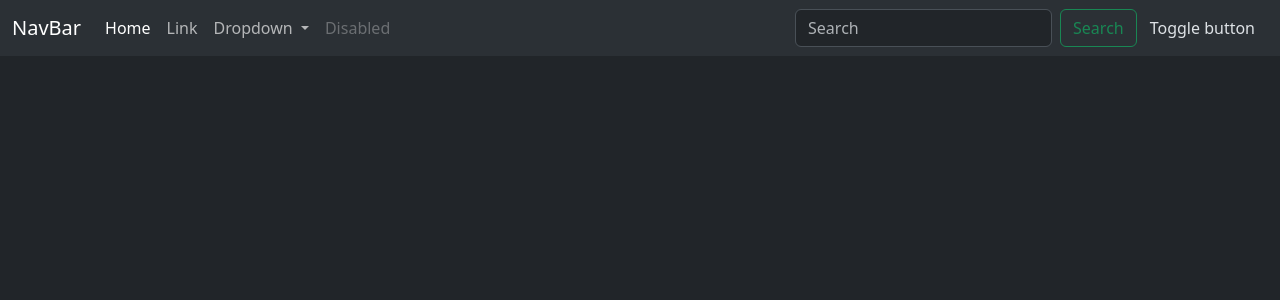
Repository: VictoriousMango/Archive
Page: index.html
The author's editor kept a copy of each file at every save. The page is drawn from the files as they stood at one save, then again after the next save.
The browser window is 1280 px wide. The pictures show the whole page.

Above is the page before, as saved 2024-06-05 22:56:29.

### index.html
<!doctype html>
<html lang="en">
    <head>
        <meta charset="utf-8">
        <meta name="viewport" content="width=device-width, initial-scale=1">
        <title>Bootstrap demo</title>
        <link href="https://cdn.jsdelivr.net/npm/bootstrap@5.3.3/dist/css/bootstrap.min.css" rel="stylesheet" integrity="sha384-QWTKZyjpPEjISv5WaRU9OFeRpok6YctnYmDr5pNlyT2bRjXh0JMhjY6hW+ALEwIH" crossorigin="anonymous">    </head>
    <body data-bs-theme="dark">
        <!-- NavBar -->
        <nav class="navbar navbar-expand-lg bg-body-tertiary ">
            <div class="container-fluid">
                <a href="#" class="navbar-brand" role="button" data-bs-toggle="button">NavBar</a>
              <button class="navbar-toggler" type="button" data-bs-toggle="collapse" data-bs-target="#navbarSupportedContent" aria-controls="navbarSupportedContent" aria-expanded="false" aria-label="Toggle navigation">
                <span class="navbar-toggler-icon"></span>
              </button>
                <div class="collapse navbar-collapse" id="navbarSupportedContent">
                    <ul class="navbar-nav me-auto mb-2 mb-lg-0">
                    <li class="nav-item">
                        <a class="nav-link active" aria-current="page" href="#">Home</a>
                    </li>
                    <li class="nav-item">
                        <a class="nav-link" href="#">Link</a>
                    </li>
                    <li class="nav-item dropdown">
                        <a class="nav-link dropdown-toggle" href="#" role="button" data-bs-toggle="dropdown" aria-expanded="false">
                        Dropdown
                        </a>
                        <ul class="dropdown-menu">
                        <li><a class="dropdown-item" href="#">Action</a></li>
                        <li><a class="dropdown-item" href="#">Another action</a></li>
                        <li><hr class="dropdown-divider"></li>
                        <li><a class="dropdown-item" href="#">Something else here</a></li>
                        </ul>
                    </li>
                    <li class="nav-item">
                        <a class="nav-link disabled" aria-disabled="true">Disabled</a>
                    </li>
                    </ul>
                    <form class="d-flex" role="search">
                        <input class="form-control me-2" type="search" placeholder="Search" aria-label="Search">
                        <button class="btn btn-outline-success" type="submit">Search</button>
                    </form>
                    <button type="button" class="btn" data-bs-toggle="button">Toggle button</button>
                </div>
            </div>
        </nav>
        <!-- NavBar -->
        <!-- Including JS -->
        <script src="https://cdn.jsdelivr.net/npm/bootstrap@5.3.3/dist/js/bootstrap.bundle.min.js" integrity="sha384-YvpcrYf0tY3lHB60NNkmXc5s9fDVZLESaAA55NDzOxhy9GkcIdslK1eN7N6jIeHz" crossorigin="anonymous"></script>
    </body>
</html>

After the next save:
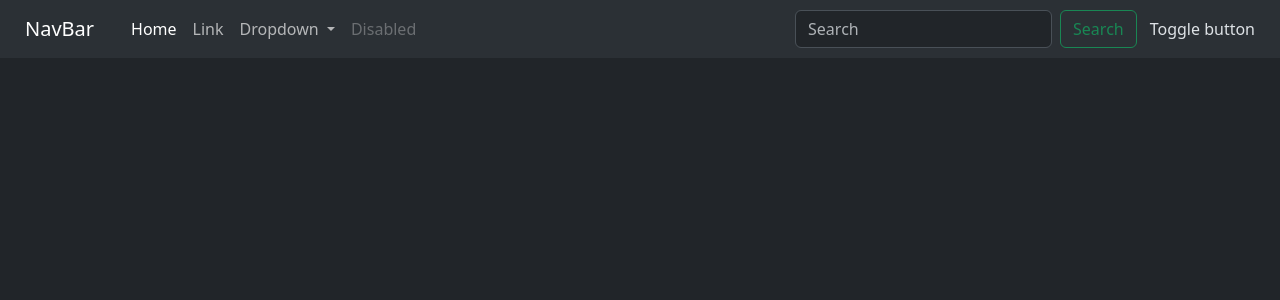
Saved 15 s later.
--- a/index.html
+++ b/index.html
@@ -9,7 +9,7 @@
         <!-- NavBar -->
         <nav class="navbar navbar-expand-lg bg-body-tertiary ">
             <div class="container-fluid">
-                <a href="#" class="navbar-brand" role="button" data-bs-toggle="button">NavBar</a>
+                <a href="#" class="navbar-brand btn" role="button" data-bs-toggle="button">NavBar</a>
               <button class="navbar-toggler" type="button" data-bs-toggle="collapse" data-bs-target="#navbarSupportedContent" aria-controls="navbarSupportedContent" aria-expanded="false" aria-label="Toggle navigation">
                 <span class="navbar-toggler-icon"></span>
               </button>
